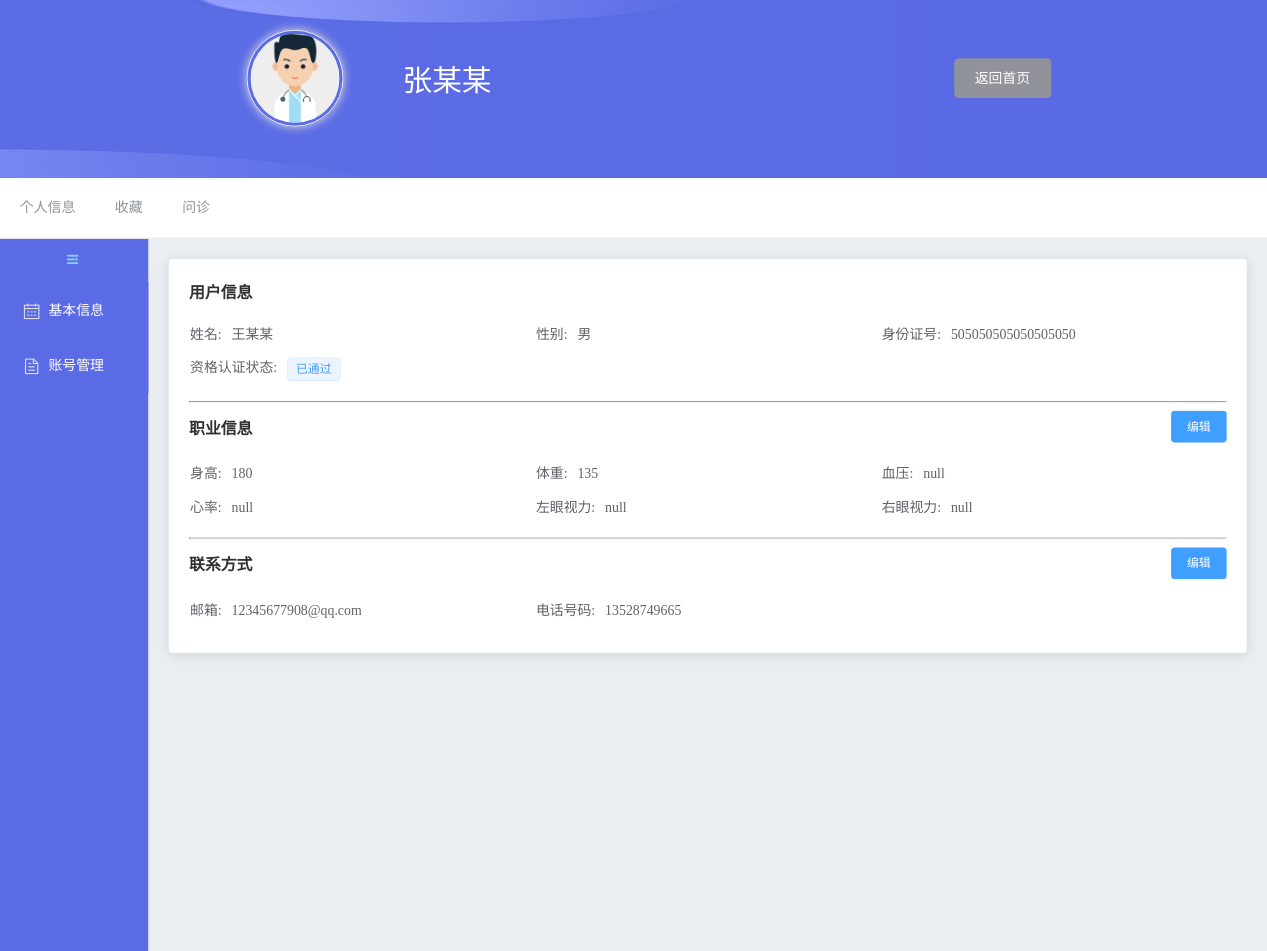
Repository: DiscreteL/SOA_Front
Page: /#/docInfo
The author's editor kept a copy of each file at every save. The page is drawn from the files as they stood at one save, then again after the next save.
The browser window is 1280 px wide. The pictures show the whole page, at 99% of full size.
The project was rebuilt for these pictures with package versions that can differ from the ones it lists, and the page was loaded fresh each time. Also part of the build but not shown: vue.config.js, src/components/navigation.vue, src/components/dialog.vue, src/views/news.vue, src/components/announcement.vue, src/components/patientKnow.vue, src/views/Home.vue, src/views/login.vue and 15 more.

Above is the page before, as saved 2021-11-29 10:14:38.

After the next save:
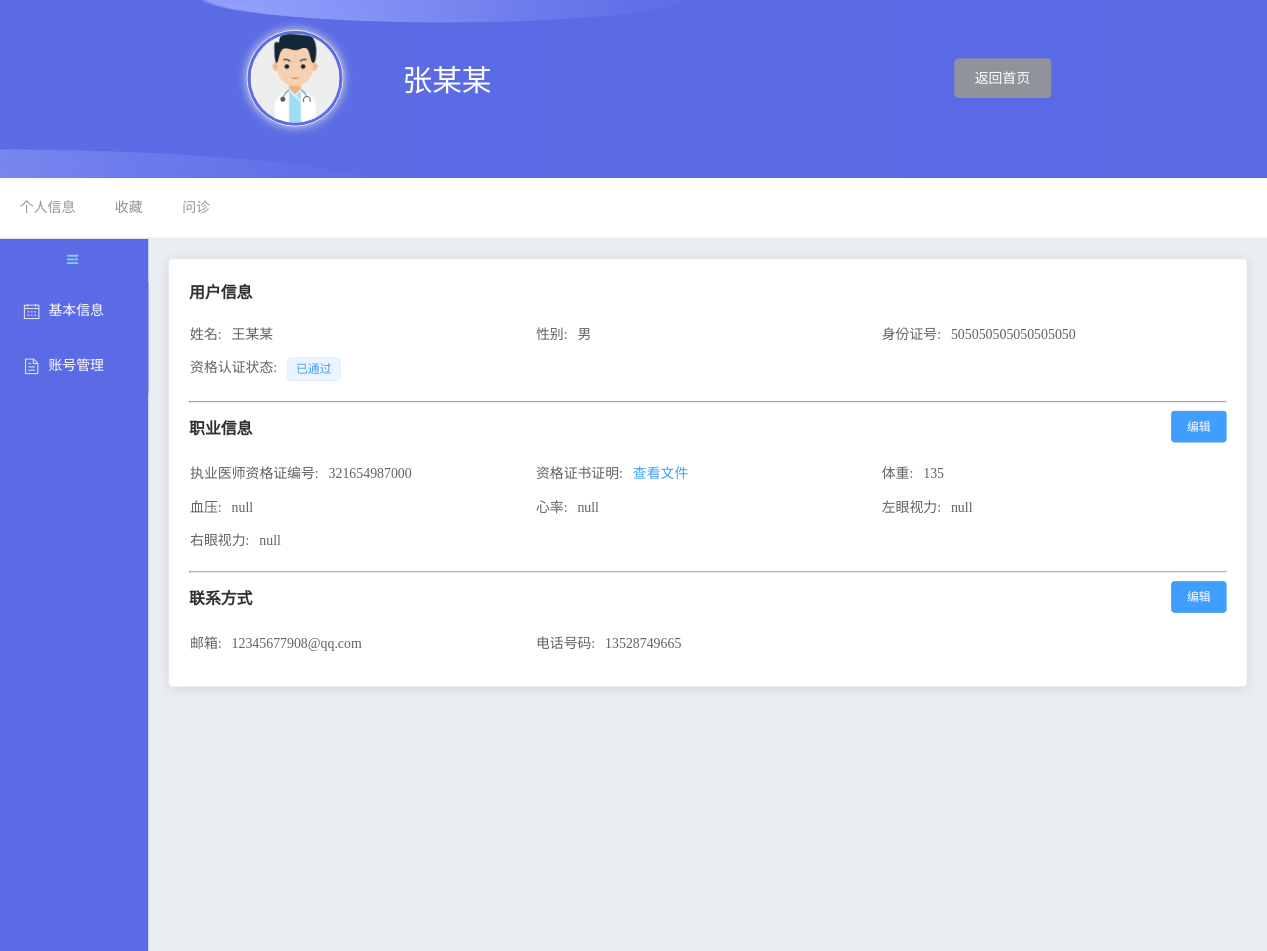
Saved 2 min 20 s later.
--- a/src/views/doctor/info/docInfo.vue
+++ b/src/views/doctor/info/docInfo.vue
@@ -23,9 +23,12 @@
       <template slot="extra">
         <el-button type="primary" size="small">编辑</el-button>
       </template>
-      <el-descriptions-item label="身高"
-        >180{{ userInfo.height }}</el-descriptions-item
+      <el-descriptions-item label="执业医师资格证编号"
+        >321654987000{{ userInfo.certiNum }}</el-descriptions-item
       >
+      <el-descriptions-item label="资格证书证明">
+        <el-link type="primary">查看文件</el-link>
+      </el-descriptions-item>
       <el-descriptions-item label="体重"
         >135{{ userInfo.weight }}</el-descriptions-item
       >
